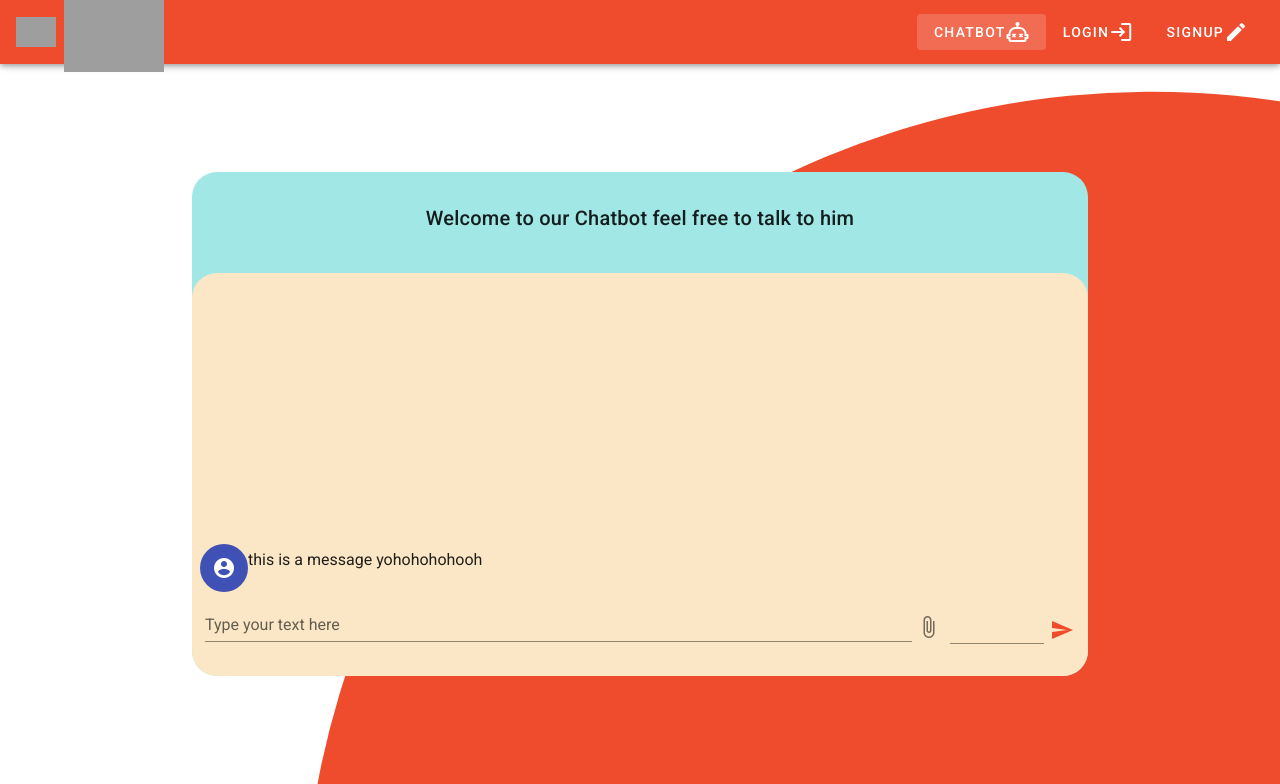
Repository: atout811/pyTorch-Hackathon
Page: /chatbot (app in frontend/)
These files come from the project's save history. The page is drawn as it stood at one moment and after the next save; the edit follows.
The browser window is 1280 px wide. The pictures show the whole page.
Pictures or frames that could not be fetched are drawn as grey boxes. The project was rebuilt for these pictures with package versions that can differ from the ones it lists, and the page was loaded fresh each time. Also part of the build but not shown: frontend/vue.config.js, frontend/src/views/Home.vue.

Above is the page before, as saved 2021-10-21 15:18:13.

### frontend/src/main.js
import Vue from 'vue'
import App from './App.vue'
import './registerServiceWorker'
import router from './router'
import store from './store'
import vuetify from './plugins/vuetify'
import instance from './plugins/axios'

Vue.config.productionTip = false
Vue.prototype.$axios = instance;

new Vue({
  router,
  store,
  vuetify,
  render: function (h) { return h(App) }
}).$mount('#app')

### frontend/src/App.vue
<template>
  <v-app>
    <v-app-bar app color="primary" dark>
      <div class="d-flex align-center">
        <v-img
          alt="Vuetify Logo"
          class="shrink mr-2"
          contain
          src="https://cdn.vuetifyjs.com/images/logos/vuetify-logo-dark.png"
          transition="scale-transition"
          width="40"
        />

        <v-img
          alt="Vuetify Name"
          class="shrink mt-1 hidden-sm-and-down"
          contain
          min-width="100"
          src="https://cdn.vuetifyjs.com/images/logos/vuetify-name-dark.png"
          width="100"
        />
      </div>

      <v-spacer></v-spacer>
      <v-btn to="/chatbot" text>
        <v-text>Chatbot</v-text>
        <v-icon>mdi-robot-dead-outline</v-icon>
      </v-btn>
      <v-btn to="/login" text>
        <v-text>Login</v-text>
        <v-icon>mdi-login</v-icon>
      </v-btn>
      <v-btn to="/signup" text>
        <v-text>Signup</v-text>
        <v-icon>mdi-pencil</v-icon>
      </v-btn>
    </v-app-bar>

    <v-main class="bubble">
      <router-view />
    </v-main>
  </v-app>
</template>

<script>
export default {
  name: "App",

  data: () => ({
    //
  }),
};
</script>
<style>
.bubble::before {
  background-color: var(--v-primary-base);
  clip-path: circle(80% at 90% 120%);
  width: 100%;
  height: 100%;
  content: "";
  position: absolute;
  box-sizing: none;
  top: 0;
  left: 0;
}
</style>

### frontend/src/router/index.js
import Vue from "vue";
import VueRouter from "vue-router";
import Home from "../views/Home.vue";

Vue.use(VueRouter);

const routes = [
  {
    path: "/",
    name: "Home",
    component: Home,
  },
  {
    path: "/about",
    name: "About",
    // route level code-splitting
    // this generates a separate chunk (about.[hash].js) for this route
    // which is lazy-loaded when the route is visited.
    component: function() {
      return import(/* webpackChunkName: "about" */ "../views/About.vue");
    },
  },
  {
    path: "/login",
    name: "Login",
    // route level code-splitting
    // this generates a separate chunk (Login.[hash].js) for this route
    // which is lazy-loaded when the route is visited.
    component: function() {
      return import(/* webpackChunkName: "Login" */ "../views/Login.vue");
    },
  },
  {
    path: "/signup",
    name: "Signup",
    // route level code-splitting
    // this generates a separate chunk (Signup.[hash].js) for this route
    // which is lazy-loaded when the route is visited.
    component: function() {
      return import(/* webpackChunkName: "Signup" */ "../views/Signup.vue");
    },
  },
  {
    path: "/chatbot",
    name: "chatbot",
    // route level code-splitting
    // this generates a separate chunk (Signup.[hash].js) for this route
    // which is lazy-loaded when the route is visited.
    component: function() {
      return import(/* webpackChunkName: "Signup" */ "../views/Chatbot.vue");
    },
  },
];

const router = new VueRouter({
  mode: "history",
  base: process.env.BASE_URL,
  routes,
});

export default router;

### frontend/src/plugins/vuetify.js
import Vue from 'vue';
import Vuetify from 'vuetify/lib/framework';

Vue.use(Vuetify);

export default new Vuetify({
    theme: {
        themes: {
            light: {
                primary: "#ee4c2c"
            }
        }, options: {
            customProperties: true
        },
    }
});

### frontend/src/plugins/axios.js
import axios from "axios";

const instance = axios.create({
    headers: {
        "Content-Type": "application/json"
    }
})

export default instance;

### frontend/src/views/Chatbot.vue
<template>
  <div class="baba">
    <div class="container">
      <h1 class="title">Welcome to our Chatbot feel free to talk to him</h1>
      <div class="chat-container">
        <div class="messages">
          <div class="message">
            <v-avatar color="indigo">
              <v-icon dark> mdi-account-circle </v-icon>
            </v-avatar>
            <p>this is a message yohohohohooh</p>
          </div>
        </div>
        <div class="input-group">
          <v-text-field
            class="text-input"
            label="Type your text here"
          ></v-text-field>
          <v-file-input accept="image/*"></v-file-input>
          <v-btn icon color="var(--v-primary-base)">
            <v-icon>mdi-send</v-icon>
          </v-btn>
        </div>
      </div>
    </div>
  </div>
</template>

<script>
export default {
  name: "chatbot",
  data() {
    return {
      chat: [],
    };
  },
};
</script>

<style>
.baba {
  height: 100vh;
  width: 100vw;
  display: flex;
}
.container {
  height: 70vh;
  width: 70vw;
  padding: 0;
  align-self: center;
  background-color: #a0e7e5;
  border-radius: 25px;
  display: flex;
  flex-direction: column;
  justify-content: space-between;
  align-items: center;
}
.title {
  margin: 10px;
  margin-top: 30px;
}
.chat-container {
  height: 80%;
  width: 100%;
  background-color: #fbe7c6;
  border-radius: 25px;
  display: flex;
  flex-direction: column;
  justify-content: flex-end;
  padding: 8px;
}
.text-input {
  width: 70%;
  margin: 5px;
}
.input-group {
  display: flex;
  align-items: center;
}
.message {
  display: flex;
  align-items: center;
}
</style>

Loaded but not shown: frontend/public/index.html (common file); frontend/src/registerServiceWorker.js (common file); frontend/src/store/index.js (common file)

After the next save:
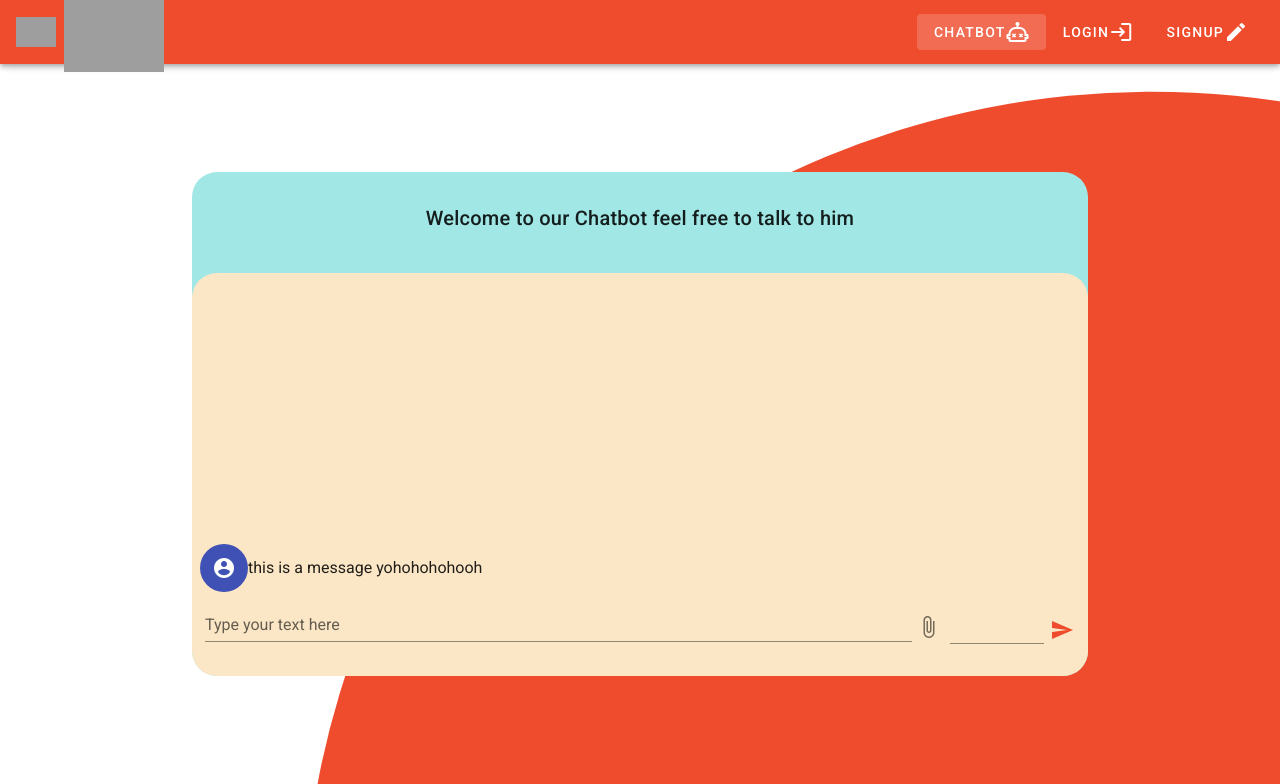
Saved 24 s later.
--- a/frontend/src/views/Chatbot.vue
+++ b/frontend/src/views/Chatbot.vue
@@ -8,7 +8,7 @@
             <v-avatar color="indigo">
               <v-icon dark> mdi-account-circle </v-icon>
             </v-avatar>
-            <p>this is a message yohohohohooh</p>
+            <div>this is a message yohohohohooh</div>
           </div>
         </div>
         <div class="input-group">
